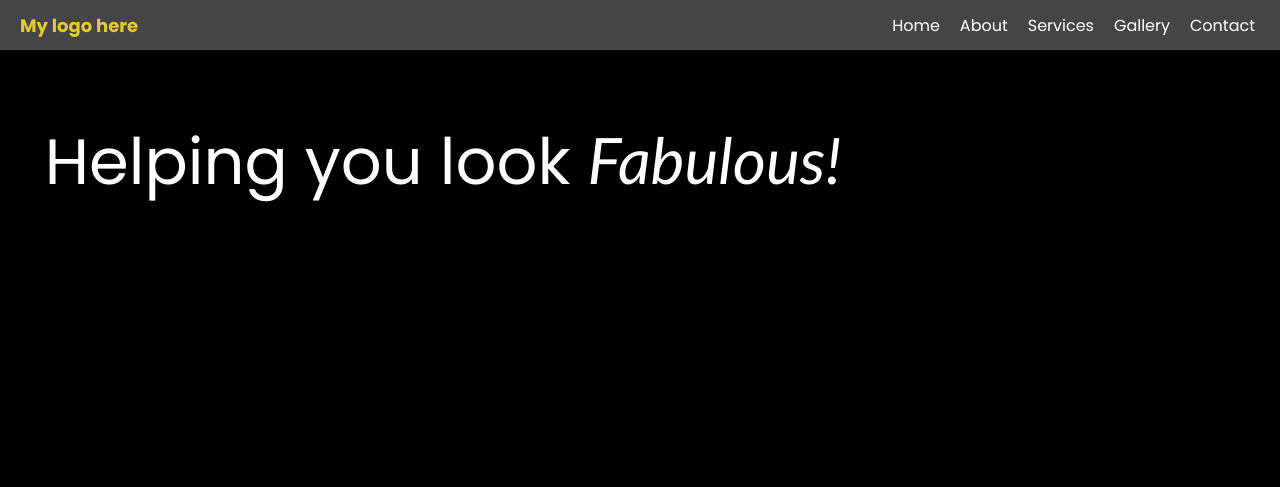
Repository: buzzedison/gardens
Page: index.html
The author's editor kept a copy of each file at every save. The page is drawn from the files as they stood at one save, then again after the next save.
The browser window is 1280 px wide. The pictures show the whole page.

Above is the page before, as saved 2022-01-12 17:11:11.

After the next save:
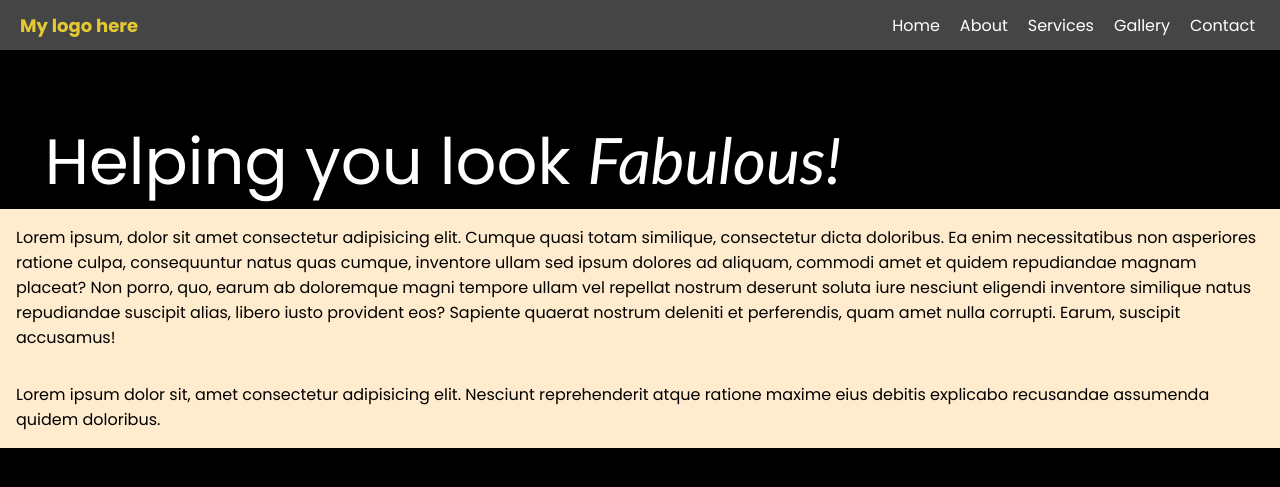
Saved 44 s later.
--- a/css/styles.css
+++ b/css/styles.css
@@ -127,9 +127,17 @@ ul li:hover {
   font-size: 4em;
   padding-top: 1em;
   padding-left: 0.7em;
+
+
 }
 
 #fab {
   font-family: 'Trebuchet MS', 'Lucida Sans Unicode', 'Lucida Grande', 'Lucida Sans', Arial, sans-serif;
   font-style: italic;
 }
+
+
+.grid > div{
+   padding:1em;
+   background-color:blanchedalmond;
+}
